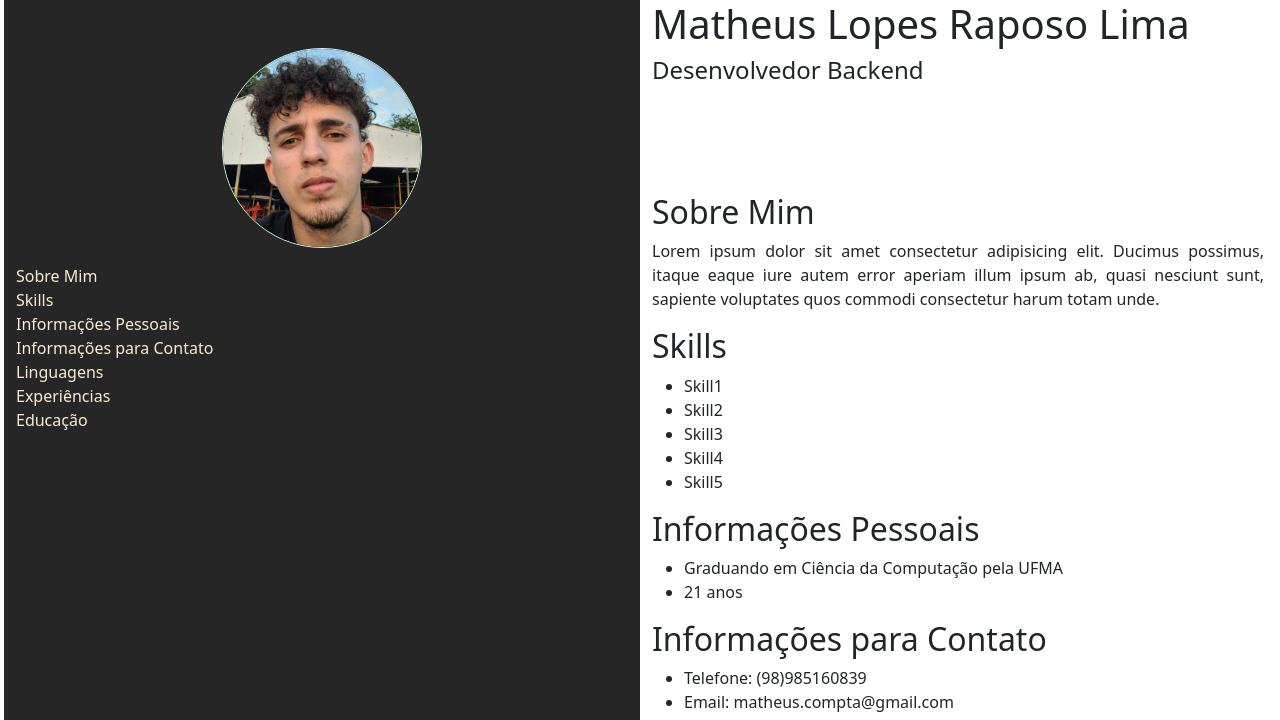
Repository: MaatheusRaposo/Curriculo_Web
Page: index.html
The author's editor kept a copy of each file at every save. The page is drawn from the files as they stood at one save, then again after the next save.
The browser window is 1280 px wide. The pictures show the whole page.
An inner scrolling area shows only its first screen.

Above is the page before, as saved 2026-05-28 01:50:21.

### index.html
<!DOCTYPE html>
<html lang="en">
<head>
    <meta charset="UTF-8">
    <meta name="viewport" content="width=device-width, initial-scale=1.0">
    <title>Curriculo Matheus Raposo</title>
    <link href="https://cdn.jsdelivr.net/npm/bootstrap@5.3.8/dist/css/bootstrap.min.css" rel="stylesheet" integrity="sha384-sRIl4kxILFvY47J16cr9ZwB07vP4J8+LH7qKQnuqkuIAvNWLzeN8tE5YBujZqJLB" crossorigin="anonymous">
    <link rel="stylesheet" href="assets/css/style.css">
</head>
<body>
    <div class="container-fluid px-3">
        <div class="row">
            <div class="col text-light d-flex flex-column" id="coluna-esquerda">
                <div class="d-flex justify-content-center align-items-center pt-5">
                    <img class="foto-perfil position-relative mb-3" src="assets/images/20230725_175129.jpg" alt="">
                </div>
                <div>
                    <a href="#sobreMim">Sobre Mim</a> <br>
                    <a href="#Skills">Skills</a> <br>
                    <a href="#infoPessoal">Informações Pessoais</a> <br>
                    <a href="#infoCtt">Informações para Contato</a> <br>
                    <a href="#linguagens">Linguagens</a> <br>
                    <a href="#exps">Experiências</a> <br>
                    <a href="#edu">Educação</a> <br>
                </div>
            </div>
            <div class="col d-flex flex-column" id="coluna-direita">
                <section>
                    <h1>Matheus Lopes Raposo Lima</h1>
                    <h4>Desenvolvedor Backend</h4>
                </section>
                <div class="d-flex justify-content-center flex-column mt-3 espacamento-classes">
                    <section id="sobreMim">
                        <h2>Sobre Mim</h2>
                        <p>Lorem ipsum dolor sit amet consectetur adipisicing elit. Ducimus possimus, itaque eaque iure autem error aperiam illum ipsum ab, quasi nesciunt sunt, sapiente voluptates quos commodi consectetur harum totam unde.</p>
                    </section>
                    <section  id="Skills">
                        <h2>Skills</h2>
                        <ul>
                            <li>Skill1</li>
                            <li>Skill2</li>
                            <li>Skill3</li>
                            <li>Skill4</li>
                            <li>Skill5</li>
                        </ul>
                    </section>
                    <section id="infoPessoal">
                        <h2>Informações Pessoais</h2>
                        <ul>
                            <li>Graduando em Ciência da Computação pela UFMA</li>
                            <li>21 anos</li>
                        </ul>
                    </section>
                    <section id="infoCtt">
                        <h2>Informações para Contato</h2>
                        <ul>
                            <li>Telefone: (98)985160839</li>
                            <li>Email: matheus.compta@gmail.com</li>
                            <li>Rua seis 30, Vila Sarney Filho I, São José de Ribamar - MA</li>
                        </ul>
                    </section>
                    <section id="linguagens">
                        <h2>Linguagens</h2>
                        <ul>
                            <li>Português</li>
                            <li>Inglês</li>
                        </ul>
                    </section>
                    <section id="exps">
                        <h2>Experiências</h2>
                        <section>
                            <h4>Experiência1</h4>
                            <p>Lorem ipsum dolor sit amet consectetur adipisicing elit. Quo fugit assumenda ipsum veritatis cupiditate illum, dolore iure ad eligendi odio aliquam ipsam molestias mollitia quos, eveniet rem natus, sequi omnis?</p>
                        </section>
                        <section>
                            <h4>Experiencia2</h4>
                            <p>Lorem ipsum dolor, sit amet consectetur adipisicing elit. Pariatur soluta doloribus beatae illum atque, nemo a? Distinctio obcaecati nulla totam! Vero facilis dolorem nobis, asperiores laborum in sed unde nisi.</p>
                        </section>
                        <section>
                            <h4>Experiencia3</h4>
                            <p>Lorem ipsum dolor sit amet consectetur adipisicing elit. Accusantium, error inventore porro iste vero eaque eum exercitationem perferendis. Alias voluptatum officiis, qui fugiat explicabo sed consequatur perspiciatis atque suscipit error.</p>
                        </section>
                    </section>
                    <section id="edu">
                        <h2>Educação</h2>
                        <section>
                            <h4>Formação1</h4>
                        </section>
                        <section>
                            <h4>Formação2</h4>
                        </section>
                    </section>
                </div>
            </div>
        </div>
    </div>

    <script src="https://cdn.jsdelivr.net/npm/bootstrap@5.3.8/dist/js/bootstrap.bundle.min.js" integrity="sha384-FKyoEForCGlyvwx9Hj09JcYn3nv7wiPVlz7YYwJrWVcXK/BmnVDxM+D2scQbITxI" crossorigin="anonymous"></script>
    <script src="app.js"></script>
    <noscript>Voce precisa tivar o JavaScript para ver o curriculo perfeitamente</noscript>
</body>
</html>

### assets/css/style.css
.foto-perfil {
    width: 200px;
    height: 200px;
    border: 1px solid #CEFFE4;
    border-radius: 50%;
    object-fit: cover;
}

#coluna-esquerda {
    background-color: #262626;
}

#coluna-direita {
    overflow-y: auto;
    scroll-behavior: smooth;
    height: 100vh;
}

a {
    text-decoration: none;
    color: antiquewhite;
}

@media screen and (min-width: 768px) {
    .espacamento-classes {
        margin-top: 100px !important;
    }
}

.espacamento-classes {
    text-align: justify;
}

Loaded but not shown: app.js (no stored copy; drawn as an empty file)

After the next save:
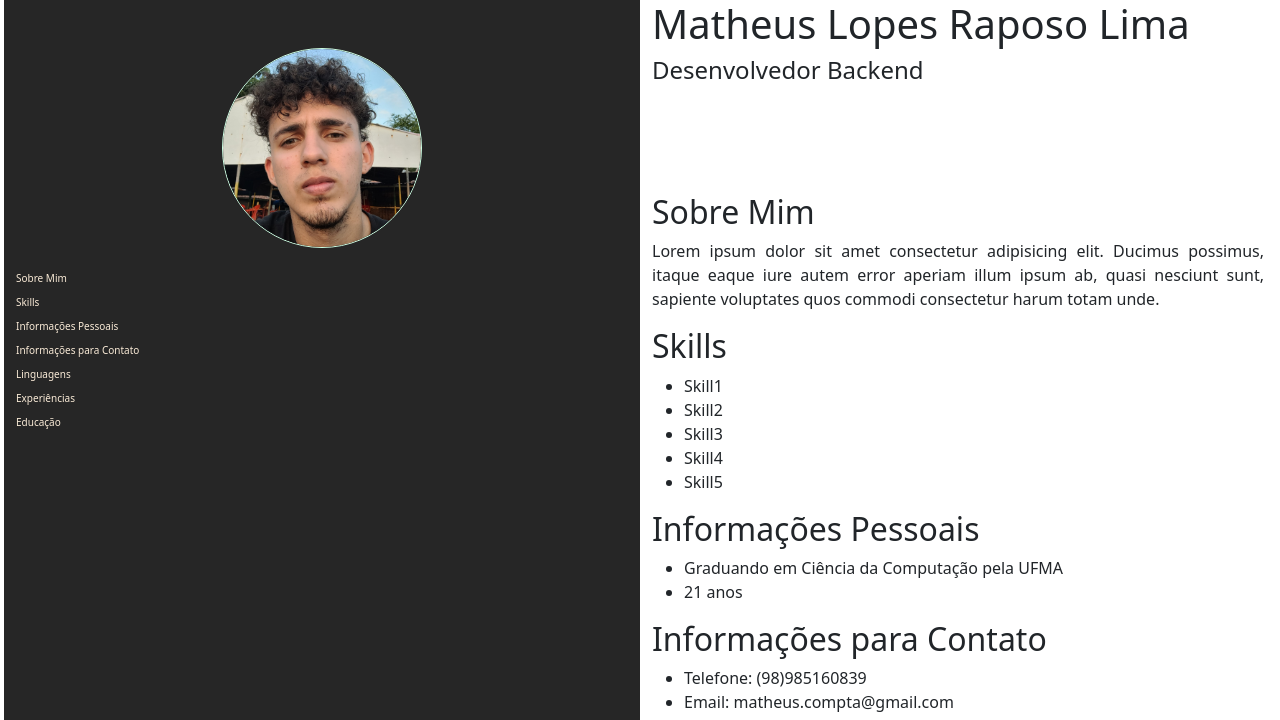
Saved 31 s later.
--- a/assets/css/style.css
+++ b/assets/css/style.css
@@ -19,6 +19,11 @@
 a {
     text-decoration: none;
     color: antiquewhite;
+    font-size: 10px;
+}
+
+a:hover {
+    font-size:
 }
 
 @media screen and (min-width: 768px) {
